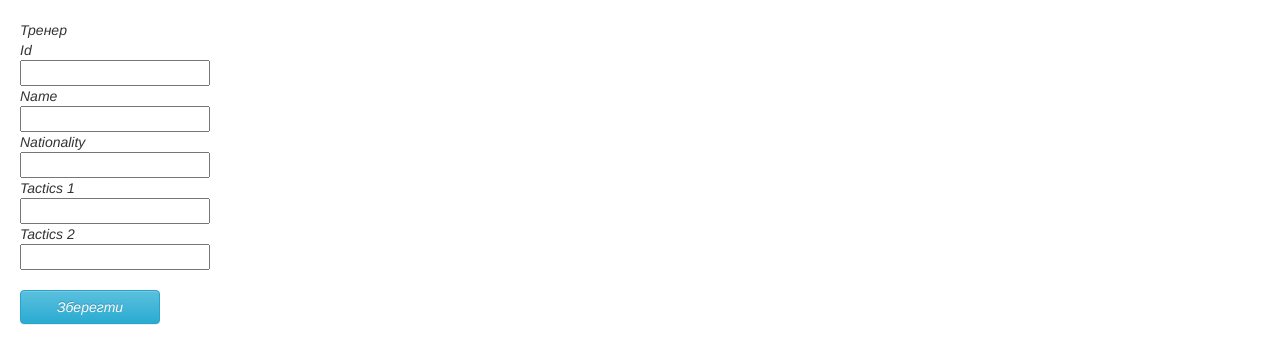
Repository: polik1996/StatisticManager
Page: StatisticsManager/WebContent/inputCoach.html
An editor plug-in stored every save of this project. The page is shown before and after the next save, followed by the edit.
The browser window is 1280 px wide. The pictures show the whole page.

Above is the page before, as saved 2016-06-15 05:20:05.
Console error (its wording comes from the project's code and is left out).

After the next save:
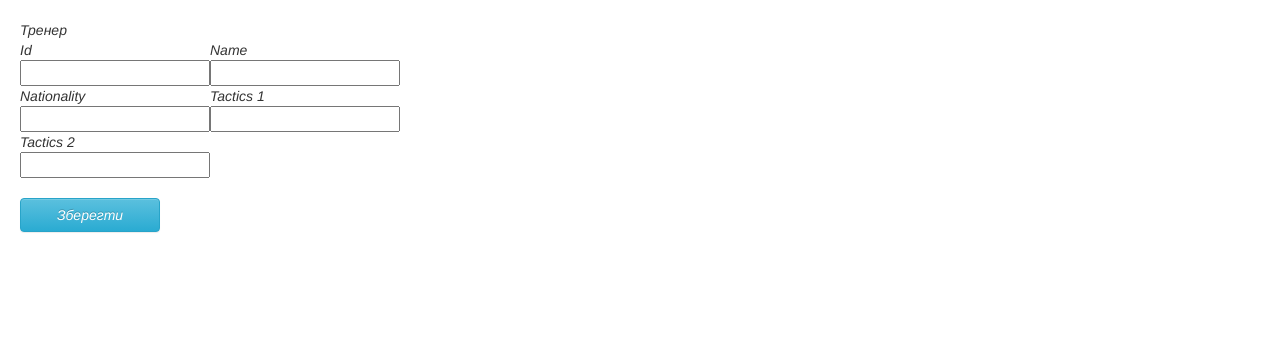
Saved 24 s later.
--- a/StatisticsManager/WebContent/inputCoach.html
+++ b/StatisticsManager/WebContent/inputCoach.html
@@ -25,8 +25,6 @@
 		<td>
 			Id <input type="text" name="id">
 		</td>
-		</tr>
-		<tr>
 		<td>
 			Name <input type="text" name="name">
 		</td>
@@ -35,8 +33,6 @@
 		<td>
 			Nationality  <input type="text" name="nationality">
 		</td>
-		</tr>
-		<tr>
 		<td>
 			Tactics 1 <input type="text" name="tactics_1">
 		</td>
